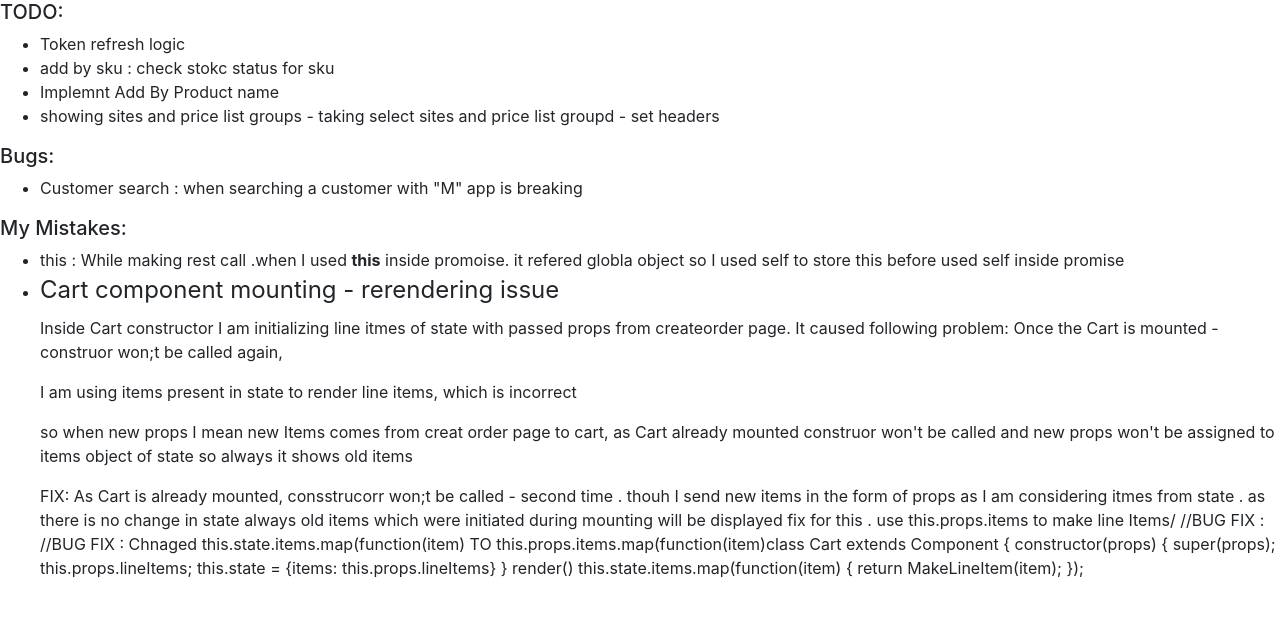
Repository: testtiger/reactagent
Page: /todo
These files come from the project's save history. The page is drawn as it stood at one moment and after the next save; the edit follows.
The browser window is 1280 px wide. The pictures show the whole page.
The project was rebuilt for these pictures with package versions that can differ from the ones it lists, and the page was loaded fresh each time. Also part of the build but not shown: src/components/Agent/Rest/agent-rest-client.js, src/components/Agent/Dashboard/quicklinks.jsx, src/components/Agent/Dashboard/announcements.jsx, src/components/Agent/Dashboard/recentorders.jsx, src/components/Agent/Dashboard/pendingactions.jsx, src/components/Agent/Dashboard/DashboardPage.jsx, src/components/Agent/Shared/Navigation.jsx, src/components/Agent/Login/loginpage.jsx and 12 more.

Above is the page before, as saved 2018-12-15 16:49:02.

### src/index.js
//start it with npm start
//create-react-app MyApp

import React from "react";
import ReactDOM from "react-dom";
import "bootstrap/dist/css/bootstrap.css";
import LoginPage from "./components/Agent/Login/loginpage";
import App from "./components/Agent/App/App";
import CreateOrderPage from "./components/Agent/CreateOrder/CreateOrderPage";
import CustomerSearchPage from "./components/Agent/CustomerSearch/CustomerSearchPage";
import AddressFields from "./components/Agent/CreateOrder/AddressFields";
ReactDOM.render(<App/>, document.getElementById("root"));
//ReactDOM.render(<AddressFields />, document.getElementById("root"));

### src/components/Agent/App/App.jsx
import React, { Component } from "react";
import LoginPage from "../Login/loginpage";
import Routes from "../Router/route";
import SearchCriteria from "../CustomerSearch/SearchCriteria";
import Register from "../CustomerSearch/Registration";

export default class App extends Component {
  render() {
    return <Routes />;
    //return <LoginPage />;
  }
}

/***
 * TODO : token expiry logic
 *
 *
 */

### src/components/Agent/Router/route.js
import React from "react";
import { BrowserRouter, Route, Switch } from "react-router-dom";
import LoginPage from "../Login/loginpage";
import DashboardPage from "../Dashboard/DashboardPage";
import CustomerSearchPage from "../CustomerSearch/CustomerSearchPage";
import Registration from "../CustomerSearch/Registration";
import CustomerProfilePage from "../CustomerProfile/CustomerProfilePage.jsx";
import Navigation from "../Shared/Navigation";
import CreateOrderPage from "../CreateOrder/CreateOrderPage";
import TODO from "../BugsTODO/TODO";


var Routes = function() {
  return <BrowserRouter>
      <div>
        <Navigation />
        <Switch>
          <Route exact path="/" component={LoginPage} />
          <Route path="/welcome" component={DashboardPage} />
          <Route exact path="/customers" component={CustomerSearchPage} />
          <Route exact path="/customers/registration" component={Registration} />
          <Route exact path="/customers/profiles/:id" component={CustomerProfilePage} />
          <Route exact path="/createOrder/:profileId" component={CreateOrderPage} />
          <Route exact path="/todo" component={TODO} />
          <Route path="*" component={LoginPage} />
        </Switch>
      </div>
    </BrowserRouter>;
};

export default Routes;

### src/components/Agent/BugsTODO/TODO.jsx
import React, { Component } from "react";

export default class TODO extends Component {
  render() {
    return (
      <div>
        <h5>TODO:</h5>
        <ul>
          <li> Token refresh logic</li>
          <li> add by sku : check stokc status for sku</li>
          <li> Implemnt Add By Product name</li>
          <li>
            {" "}
            showing sites and price list groups - taking select sites and price
            list groupd - set headers
          </li>
        </ul>
        <h5>Bugs:</h5>
        <ul>
          <li>
            Customer search : when searching a customer with "M" app is breaking
          </li>
        </ul>
        <h5>My Mistakes:</h5>
        <ul>
          <li>
            this : While making rest call .when I used <strong>this</strong>{" "}
            inside promoise. it refered globla object so I used self to store
            this before used self inside promise
          </li>
          <li>
            <legend>Cart component mounting - rerendering issue</legend>
            <span>
              <p>
                Inside Cart constructor I am initializing line itmes of state
                with passed props from createorder page. It caused following
                problem: Once the Cart is mounted - construor won;t be called
                again,
              </p>
              <p>I am using items present in state to render line items, which is incorrect</p>
              <p>
                so when new props I mean new Items comes from creat order page
                to cart, as Cart already mounted construor won't be called and
                new props won't be assigned to items object of state so
                always it shows old items
              </p>
              FIX: As Cart is already mounted, consstrucorr won;t
              be called - second time . thouh I send new items in the form of
              props as I am considering itmes from state . as there is no change
              in state always old items which were initiated during mounting
              will be displayed fix for this . use this.props.items to make line
              Items/ //BUG FIX : //BUG FIX : Chnaged
              this.state.items.map(function(item) TO
              this.props.items.map(function(item)
              {
                "class Cart extends Component\
                 { \
                     constructor(props) {\
                          super(props);\
                          this.props.lineItems;\
                           this.state = {items: this.props.lineItems}\
                     }\
                    render() \
                    this.state.items.map(function(item) {\
                    return MakeLineItem(item);\
                    });\
                     "
              }
            </span>
          </li>
        </ul>
      </div>
    );
  }
}

Loaded but not shown: public/index.html (common file)

After the next save:
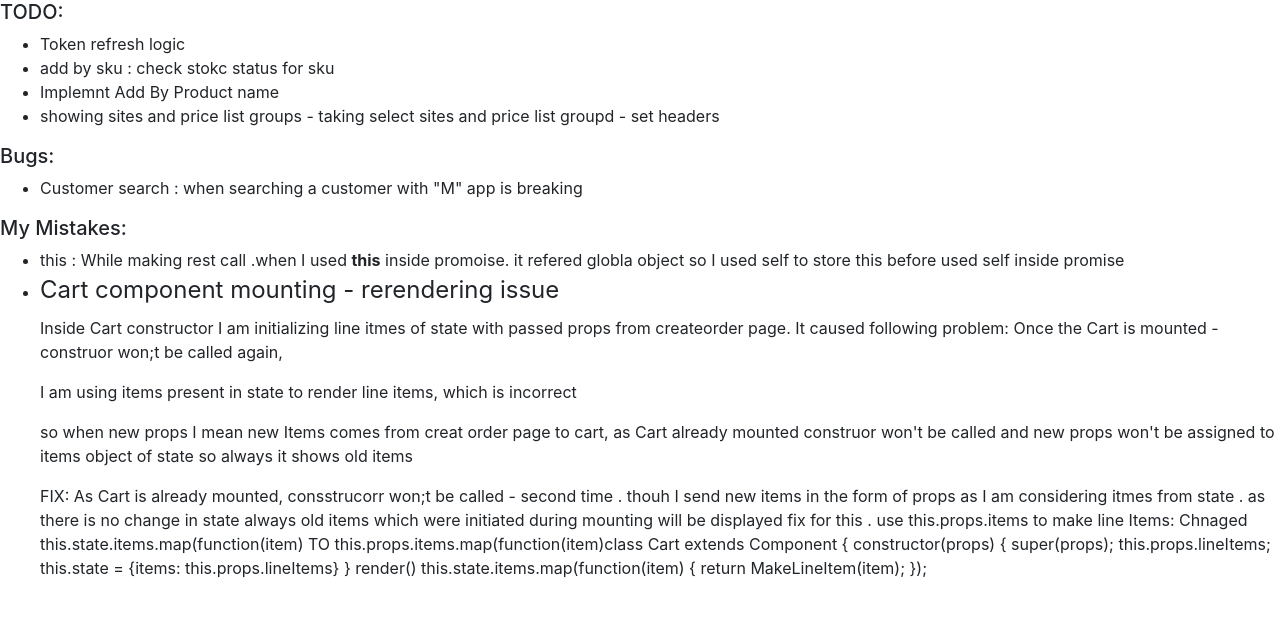
Saved 30 s later.
--- a/src/components/Agent/BugsTODO/TODO.jsx
+++ b/src/components/Agent/BugsTODO/TODO.jsx
@@ -49,7 +49,7 @@ export default class TODO extends Component {
               props as I am considering itmes from state . as there is no change
               in state always old items which were initiated during mounting
               will be displayed fix for this . use this.props.items to make line
-              Items/ //BUG FIX : //BUG FIX : Chnaged
+              Items: Chnaged
               this.state.items.map(function(item) TO
               this.props.items.map(function(item)
               {
